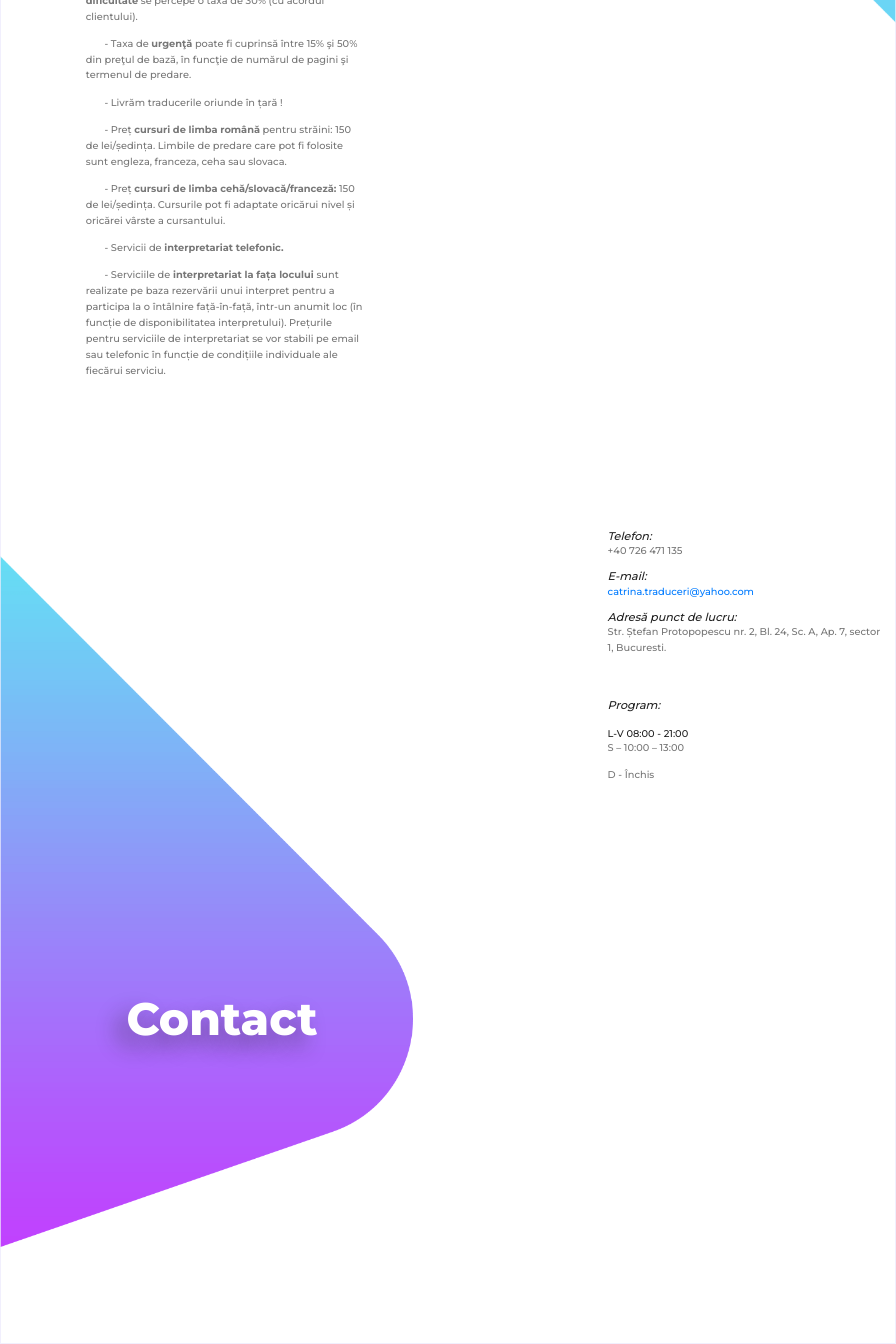
Repository: roscaImarius/site_traduceri
Page: index.html
The author's editor kept a copy of each file at every save. The page is drawn from the files as they stood at one save, then again after the next save.
The browser window is 1280 px wide. The pictures show the part of the page from y = 4490 to 6410 px (the page is 6410 px tall), at 70% of full size.

Above is the page before, as saved 2022-03-22 03:41:40.

After the next save:
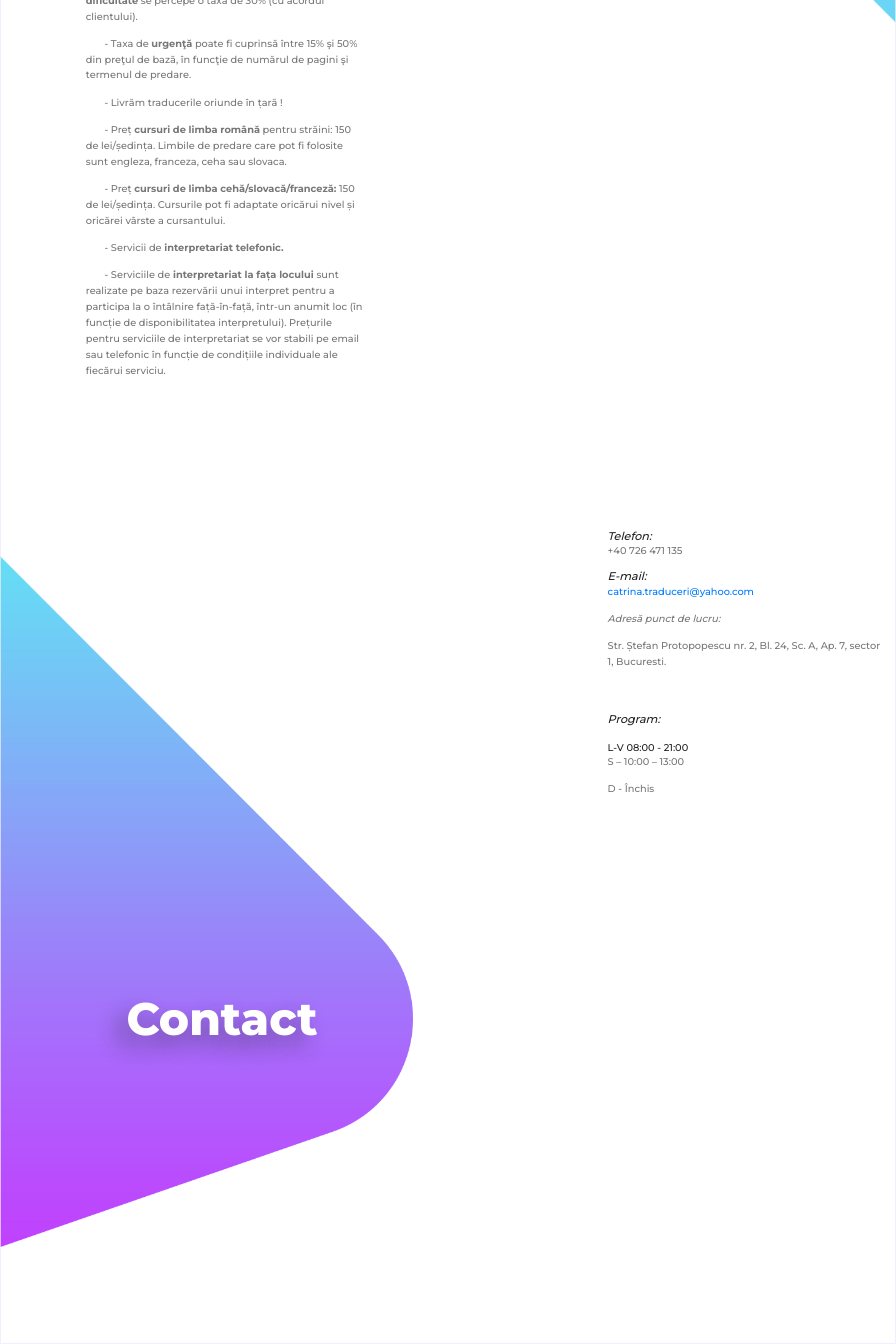
Saved 14 s later.
--- a/index.html
+++ b/index.html
@@ -354,7 +354,7 @@
             </div>
 
             <div class="form-area adresa text-left">
-              <h5><i>Adresă punct de lucru:</i></h5>
+              <p><i>Adresă punct de lucru:</i></p>
               <p>
               Str. Ștefan Protopopescu nr. 2, Bl. 24, Sc. A, Ap. 7, sector 1, Bucuresti.
               </p>

After the save that followed:
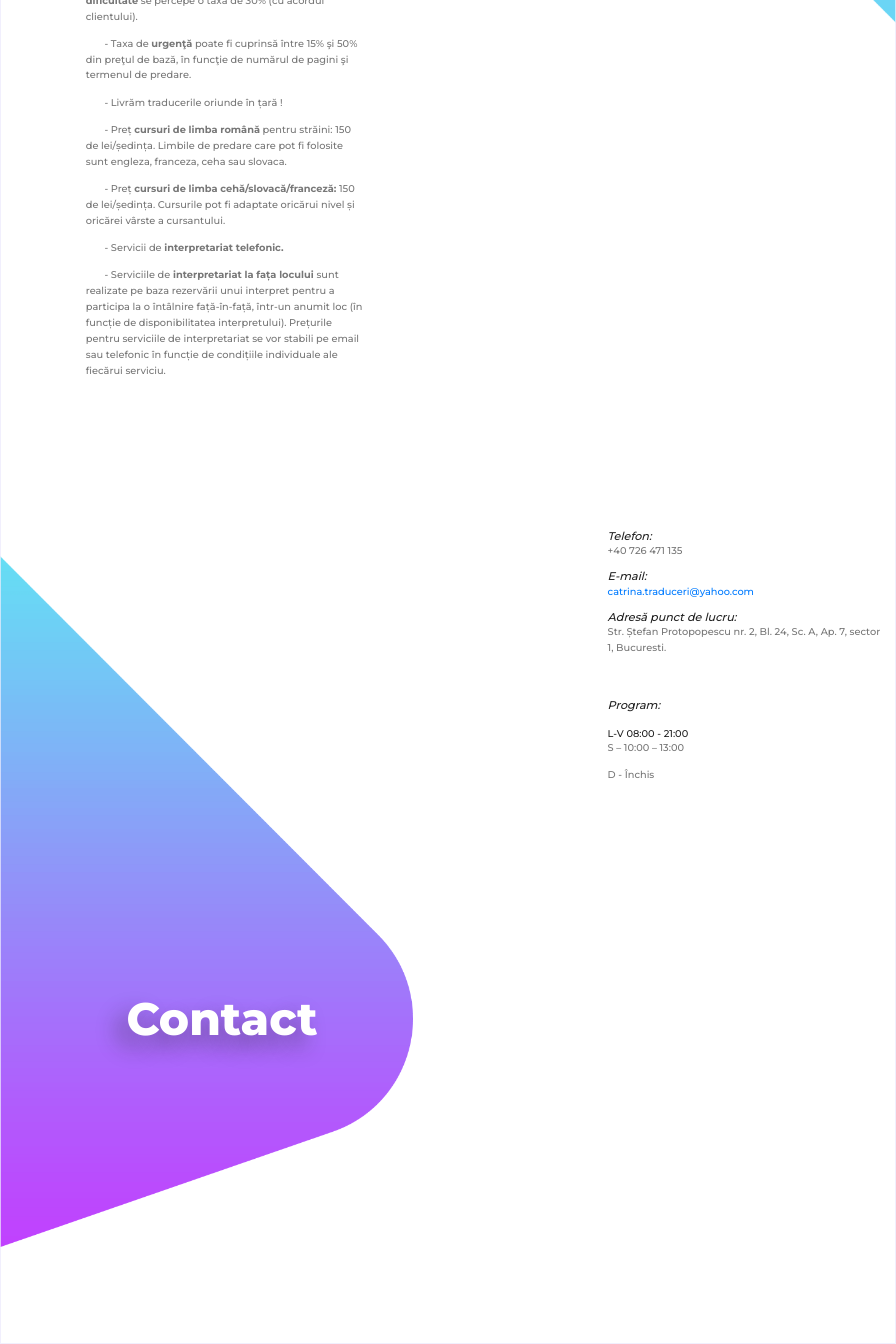
Saved 11 s later.
--- a/index.html
+++ b/index.html
@@ -354,7 +354,7 @@
             </div>
 
             <div class="form-area adresa text-left">
-              <p><i>Adresă punct de lucru:</i></p>
+              <h5><i>Adresă punct de lucru:</i></h5>
               <p>
               Str. Ștefan Protopopescu nr. 2, Bl. 24, Sc. A, Ap. 7, sector 1, Bucuresti.
               </p>
